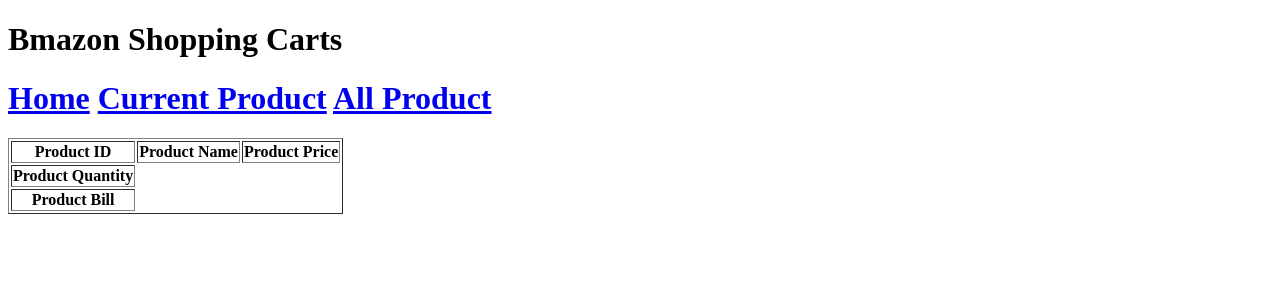
Repository: shivendra05/WebService_SpringRest
Page: http://localhost/23_MVC_JPA/WEB-INF/views/usersData.jsp
An editor plug-in stored every save of this project. The page is shown before and after the next save, followed by the edit.
The browser window is 1280 px wide. The pictures show the whole page.
The page is served by Tomcat 9. Nobody is signed in. The template is opened directly, without the code that normally fills it, so the values that code supplies are empty.

Above is the page before, as saved 2021-12-07 12:50:18.

After the next save:
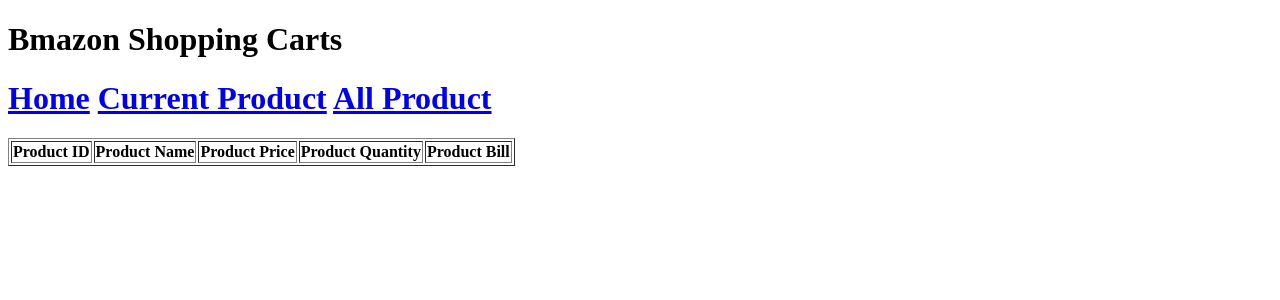
Saved 22 s later.
--- a/SpringBoot@7AM/23_MVC_JPA/src/main/webapp/WEB-INF/views/usersData.jsp
+++ b/SpringBoot@7AM/23_MVC_JPA/src/main/webapp/WEB-INF/views/usersData.jsp
@@ -12,9 +12,8 @@
 
 	<span>
 		<h1>
-			<a href="productHome">Home</a>
-			<a href="userRegister">Current Product</a>
-			<a href="all">All Product</a>
+			<a href="productHome">Home</a> <a href="userRegister">Current
+				Product</a> <a href="all">All Product</a>
 		</h1>
 	</span>
 
@@ -22,11 +21,9 @@
 		<tr>
 			<th>Product ID</th>
 			<th>Product Name</th>
-		<th>Product Price
-		</tr>
-		<th>Product Quantity
-		</tr>
-		<th>Product Bill
+			<th>Product Price</th>
+			<th>Product Quantity</th>
+			<th>Product Bill</th>
 		</tr>
 		<c:forEach items="${prodList}" var="list">
 			<tr>
